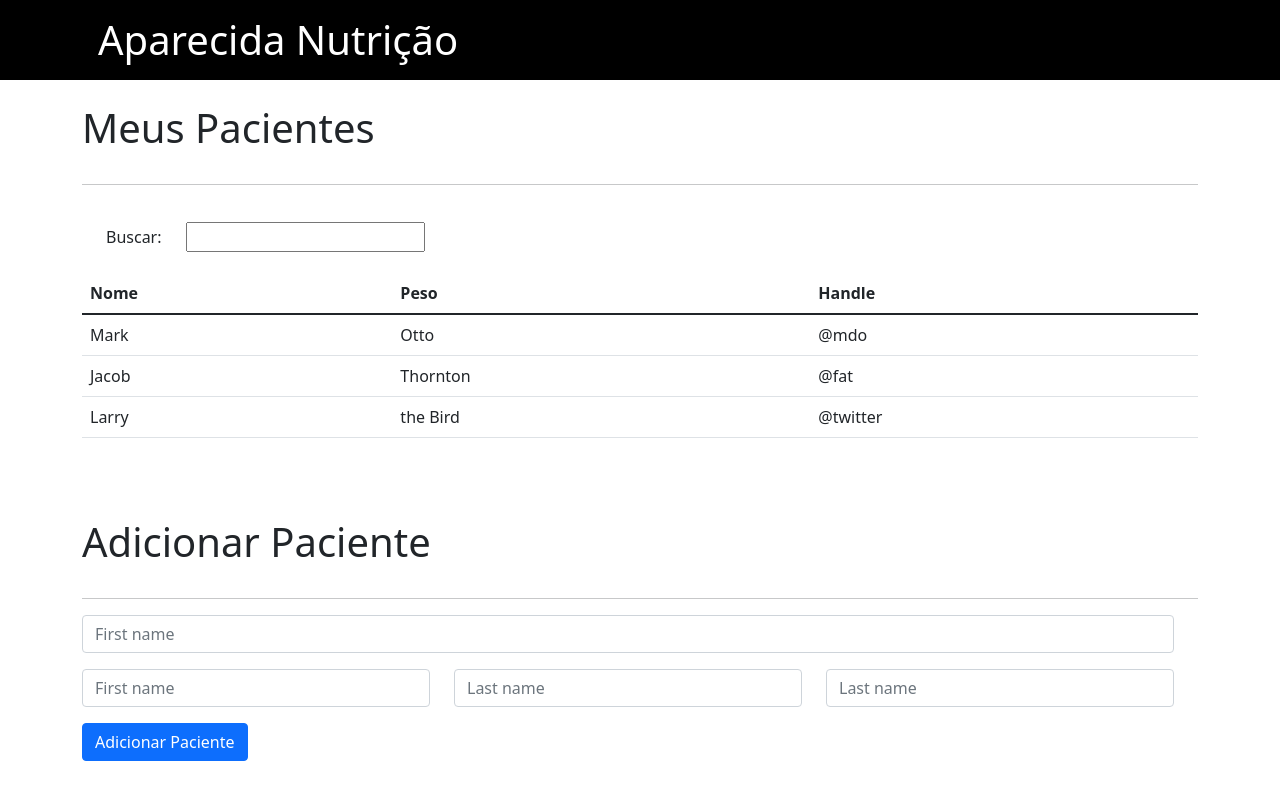
Repository: eversonps/app-paciente
Page: / (app in frontend/)
An editor plug-in stored every save of this project. The page is shown before and after the next save, followed by the edit.
The browser window is 1280 px wide. The pictures show the whole page.
The project was rebuilt for these pictures with package versions that can differ from the ones it lists, and the page was loaded fresh each time.

Above is the page before, as saved 2022-03-28 14:44:51.

After the next save:
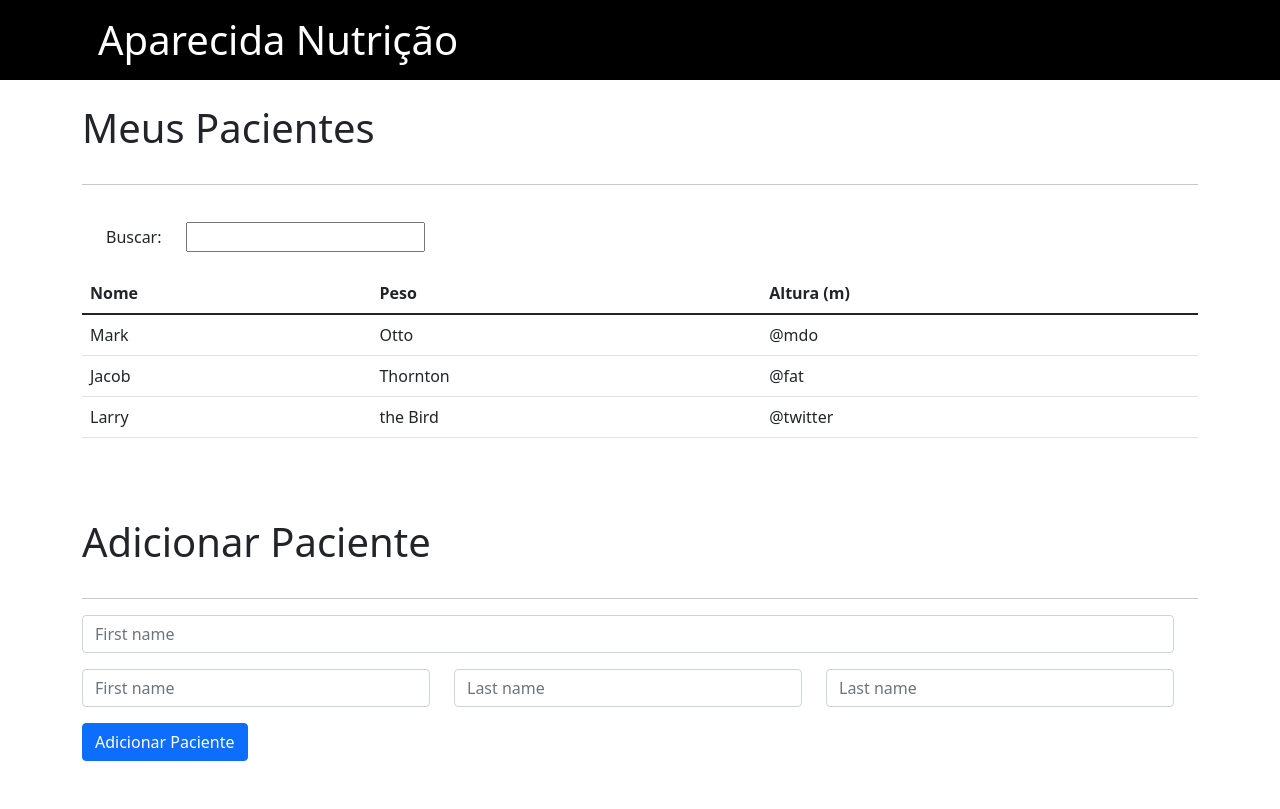
Saved 10 s later.
--- a/frontend/src/Templates/Table.jsx
+++ b/frontend/src/Templates/Table.jsx
@@ -7,7 +7,7 @@ export default props => (
             <tr>
                 <th scope="col">Nome</th>
                 <th scope="col">Peso</th>
-                <th scope="col">Handle</th>
+                <th scope="col">Altura (m)</th>
             </tr>
         </thead>
         <tbody>
